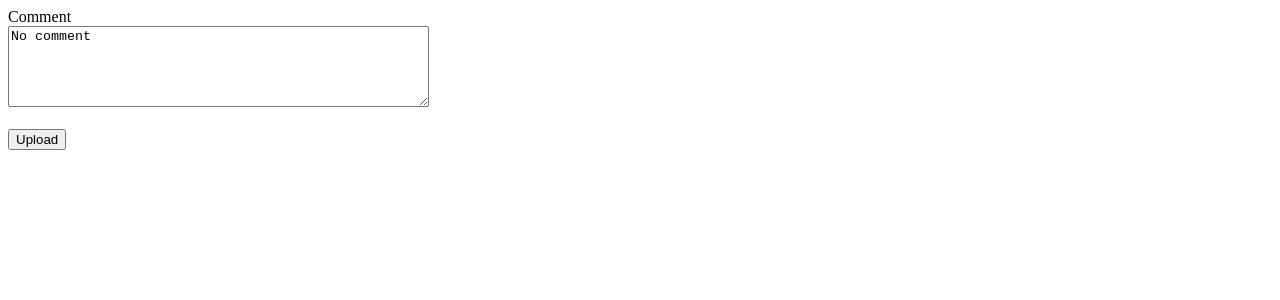
Repository: CreatorDodo/Servlet
Page: HelloWorld/WebContent/radio.html
The author's editor kept a copy of each file at every save. The page is drawn from the files as they stood at one save, then again after the next save.
The browser window is 1280 px wide. The pictures show the whole page.

Above is the page before, as saved 2023-01-12 07:31:08.

### HelloWorld/WebContent/radio.html
<!DOCTYPE html>
<html>
<head>
<meta charset="ISO-8859-1">
<title>Insert title here</title>
</head>
<body>
<form action="TextareaServlet">
Comment <br>
<textarea name="comment" rows="5" cols="50" placeholder="Add your comment">No comment</textarea>
<br><br>
<input type="submit" value="Upload">
</form>
</body>
</html>

After the next save:
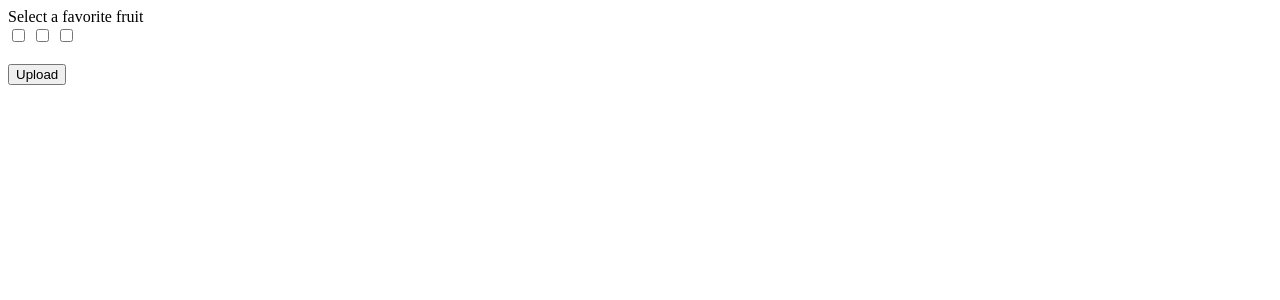
Saved 3 min 38 s later.
--- a/HelloWorld/WebContent/radio.html
+++ b/HelloWorld/WebContent/radio.html
@@ -6,8 +6,10 @@
 </head>
 <body>
 <form action="TextareaServlet">
-Comment <br>
-<textarea name="comment" rows="5" cols="50" placeholder="Add your comment">No comment</textarea>
+Select a favorite fruit <br>
+<input type="checkbox" name="fruit" value="Apple">
+<input type="checkbox" name="fruit">
+<input type="checkbox" name="fruit">
 <br><br>
 <input type="submit" value="Upload">
 </form>
